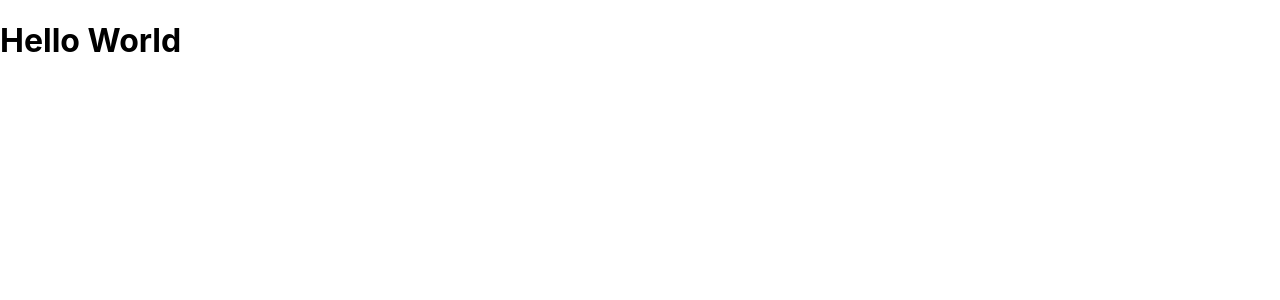
Repository: Nakamurus/nextjs_tutorial
Page: /css-in-js
The author's editor kept a copy of each file at every save. The page is drawn from the files as they stood at one save, then again after the next save.
The browser window is 1280 px wide. The pictures show the whole page.
The project was rebuilt for these pictures with package versions that can differ from the ones it lists, and the page was loaded fresh each time. Some packages were replaced by stand-ins written for this rebuild. The framework's server and built-in components were replaced by stand-ins that run in the browser.

Above is the page before, as saved 2020-12-25 12:18:44.

### pages/_app.tsx
import '../styles/globals.css'

// executed on the both server and client side.
function MyApp({ Component, pageProps }) {
  console.log('HELLOO')
  return <Component {...pageProps} />
}

export default MyApp

### pages/_document.tsx
import Document, {Html, Head, Main, NextScript } from 'next/document';

// Root file for global configulation, like meta property or analytics
// Rendered on the server side, NEVER on the client side
export default class CustomDocument extends Document {
    render() {
        return <Html>
            <Head>
                <meta property="custom" content="test" />
            </Head>
            <body>
                <Main />
            </body>
            <NextScript />
        </Html>
    }
}

### pages/css-in-js/index.tsx
function Heading(props) {
    return (
        <div>
            <h1>{props.heading}</h1>
            <style jsx>
                {`
                    h1 {color: red;}
                `}
            </style>
        </div>
    );
}

export default function Home() {
    return (
        <div>
            <h1 className="title">Hello World</h1>
            <style jsx></style>
        </div>
    );
}

Loaded but not shown: styles/globals.css (common file)

After the next save:
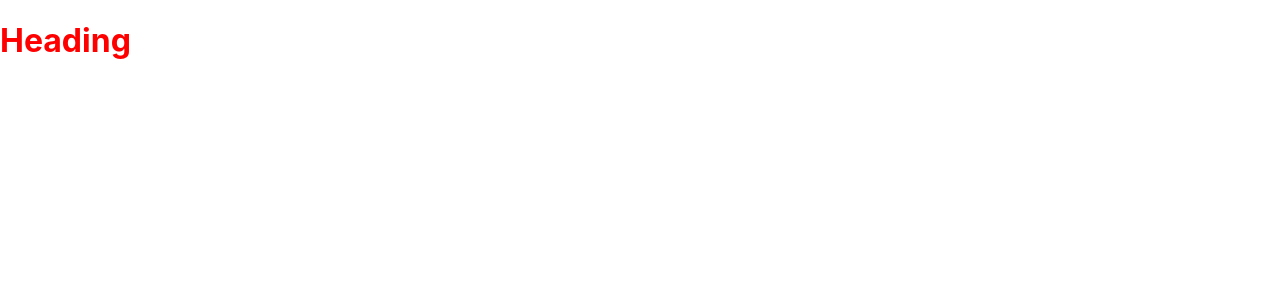
Saved 23 s later.
--- a/pages/css-in-js/index.tsx
+++ b/pages/css-in-js/index.tsx
@@ -14,7 +14,7 @@ function Heading(props) {
 export default function Home() {
     return (
         <div>
-            <h1 className="title">Hello World</h1>
+            <Heading heading="Heading"/>
             <style jsx></style>
         </div>
     );
